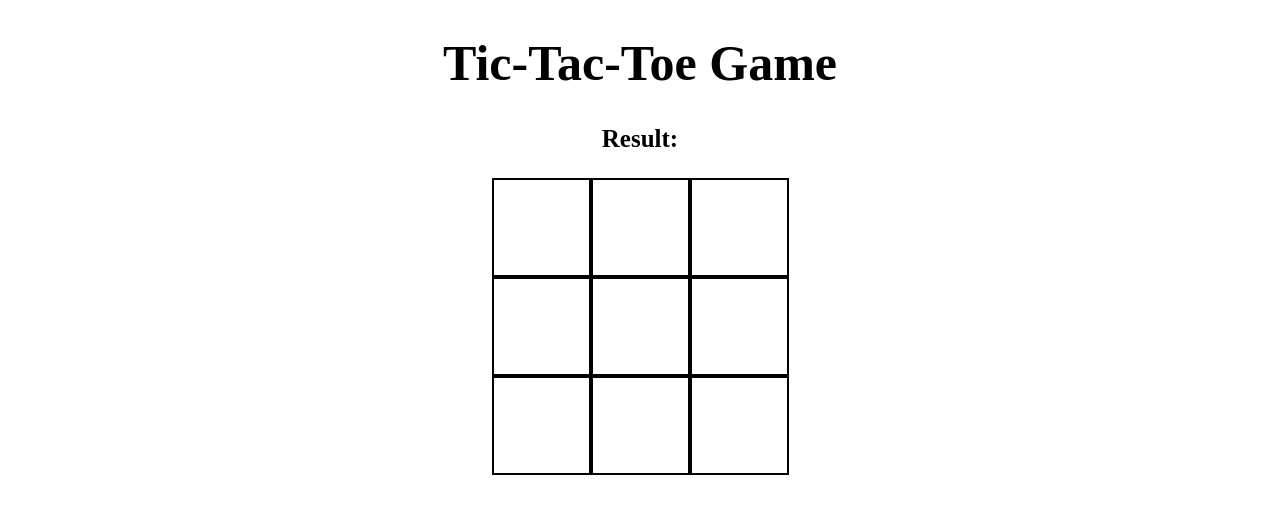
Repository: 0101chaitanya/Tic-Tac-Toe
Page: index.html
These files come from the project's save history. The page is drawn as it stood at one moment and after the next save; the edit follows.
The browser window is 1280 px wide. The pictures show the whole page.

Above is the page before, as saved 2021-06-09 18:21:42.

### index.html
<!DOCTYPE html>
<html>
    <head>
<meta charset="utf-8">
<title>Tic-Tac-Toe Game</title>
<link rel="stylesheet" href="styles.css">
    </head>
<body>
    <h1 id="heading">Tic-Tac-Toe Game</h1>

    <div id = "Output">
        <p  >Result:</p>
    </div>
    <div id = "gameSquare">

    <div id = "row1">
    <div class = "r1Column"></div>
    <div class = "rlColumn"></div>
    <div class = "rlColumn"></div>
</div>
<div id = "row2">
    <div class = "r2Column"></div>
    <div class = "r2Column"></div>
    <div class = "r2Column"></div>
</div>
<div id = "row3">
    <div class = "r3Column"></div>
    <div class = "r3Column"></div>
    <div class = "r3Column"></div>
</div>
</div>
</body>
<script type="text/javascript" src="script.js"></script>
</html>

### styles.css
:root{
    text-align: center;
font-weight: bold;
}
@media  screen and (max-width: 400px){
    :root{
        font-size: 14px;
}

}
@media  screen and (min-width: 401px) and (max-width: 700px){
    :root{
        font-size: 18px;
}


}@media  screen and (min-width: 701px) {
    :root{
        font-size:25px;
}

}

#gameSquare{
    /* border-style: solid;
     */width:min-content;
    height:min-content;
    display:block;
    margin:auto;
}
#gameSquare>div:nth-child(n){
    /* border-style: solid;
     */width:min-content;
    height:min-content;
    display:flex;
    justify-content:center;
    align-items:center;
}
#gameSquare>div:nth-child(n)>div:nth-child(n){
    display:block;
    margin: auto;
    width:3.8rem;
    height:3.8rem;
border-style:solid;
border-width: 0.1rem;

}

### script.js
/* (function(){
let
})(); */

After the next save:
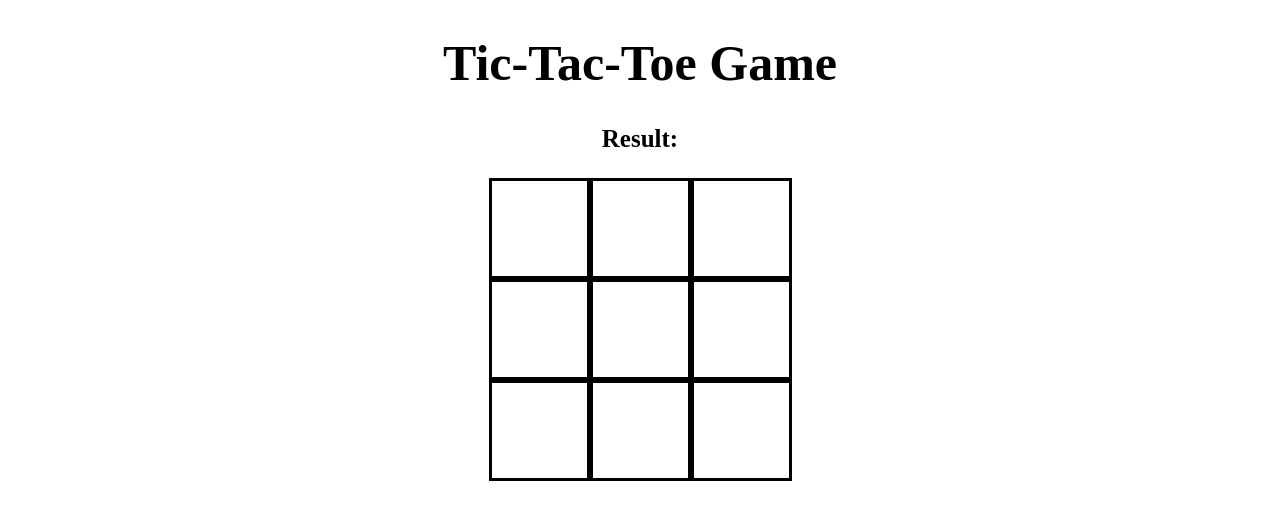
Saved 6 s later.
--- a/styles.css
+++ b/styles.css
@@ -42,6 +42,6 @@ font-weight: bold;
     width:3.8rem;
     height:3.8rem;
 border-style:solid;
-border-width: 0.1rem;
+border-width: 0.15rem;
 
 }
